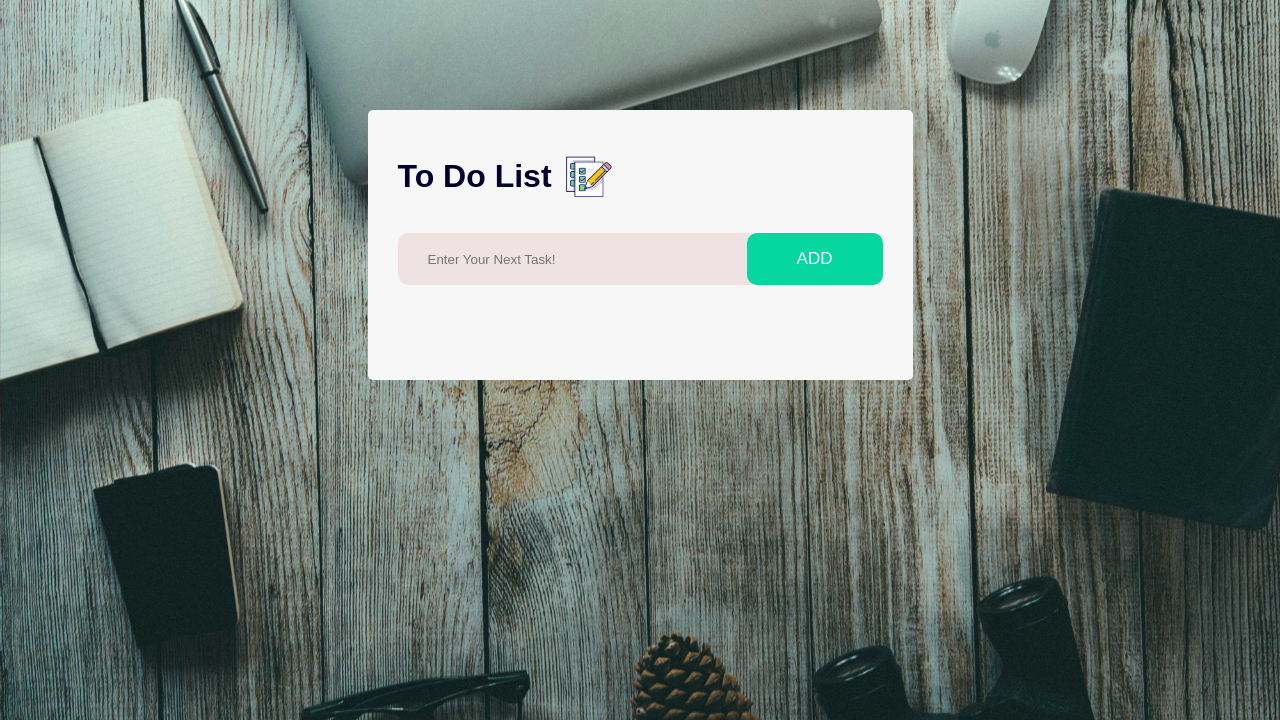
Repository: zeinawady/To_Do_List
Page: index.html
The author's editor kept a copy of each file at every save. The page is drawn from the files as they stood at one save, then again after a run of saves.
The browser window is 1280 px wide. The pictures show the whole page.

Above is the page before, as saved 2024-10-02 01:40:37.

### index.html
<!DOCTYPE html>
<html lang="en">

<head>
    <meta charset="UTF-8">
    <meta name="viewport" content="width=device-width, initial-scale=1.0">
    <title>To Do list</title>
    <link rel="stylesheet" href="css/style.css">
</head>

<body>
    <div class="container">
        <div class="todo-app">
            <h1>To Do List <img src="images/todolistpng.png" alt="to-do-list" class="logo"></h1>
           <h3 id="date"></h3>
            <div class="row">
                <input class="input-Text" type="text" id="input-box" placeholder="Enter Your Next Task!">
                <button class="input-btn" onclick="addTask()">ADD</button>
            </div>
            <ul id="list-container">
                <!-- <li class="checked">Task 0</li>
                <li>Task 1</li> -->
            </ul>
        </div>


    </div>
    <script src="script.js"></script>
</body>

</html>

### css/style.css
* {
    margin: 0;
    padding: 0;
    box-sizing: border-box;
    font-family: Arial, Helvetica, sans-serif;
}

:root {
    --font-color: rgb(1, 1, 49);
}

li {
    list-style: none;
}

.container {
    width: 100%;
    min-height: 100vh;
    background-image: url(../images/background3.jpg);
    background-position: center;
    background-size: cover;
    padding: 10px;
}

.todo-app {

    max-width: 545px;
    background-color: rgb(247, 247, 247);
    margin: 100px auto;
    padding: 40px 30px 70px;
    border-radius: 5px;
    transition: 0.5s;
}

.todo-app:hover {
    box-shadow: 4px 5px rgb(114, 114, 114);

}

.todo-app h1 {
    color: var(--font-color);
    display: flex;
    align-items: center;
    margin-bottom: 30px;

}

.logo {
    width: 53px;
    margin-left: 10px;
}

.row {
    display: flex;
    align-items: center;
    justify-content: space-between;
    background-color: #efe2e2;
    border-radius: 10px;
    padding-left: 20px;
    margin-bottom: 25px;
}

.input-Text {
    flex: 1;
    border: none;
    outline: none;
    background-color: transparent;
    padding: 10px;
    font-weight: 14px;
}

.input-btn {
    border: none;
    outline: none;
    padding: 16px 50px;
    background-color: #06d6a0;
    border-radius: 10px;
    color: rgb(255, 255, 255);
    font-size: 17px;
    transition: 0.3s;
}

.input-btn:hover {
    background-color: #05b183;
    cursor: pointer;
}

ul li {
    position: relative;
    font-size: 17px;
    padding: 12px 2px 12px 40px;
    user-select: none;
    cursor: pointer;
}

ul li::before {
    content: '';
    position: absolute;
    height: 28px;
    width: 28px;
    border-radius: 50%;
    background-image: url(../images/unchecked.png);
    background-size: cover;
    background-position: center;
    left: 1px;
    top: 8px;
}

ul li.checked {
    color: #555;
    text-decoration: line-through;

}

ul li.checked::before {
    color: #666;
    background-image: url(../images/checked.png);
}

ul li span {
    position: absolute;
    right: 0;
    top: 5px;
    width: 30px;
    height: 30px;
    font-size: 22px;
    color: #555;
    line-height: 30px;
    text-align: center;
    border-radius: 50%;
    /* border: solid; */
    transition: 0.2s;
}

ul li span:hover {
    background-color: #e8e6e6;
}

### script.js
let listContainer = document.getElementById("list-container");
let inputBox = document.getElementById("input-box");
let currentDate= document.getElementById("date");
function addTask() {
    if (inputBox.value === '') {
        alert("No Task Added!");
    }
    else {
        let li = document.createElement("li");
        li.innerHTML = inputBox.value;
        listContainer.appendChild(li);
        let xSign = document.createElement("span");
        xSign.innerHTML = '\u00d7';  // x sign code
        li.appendChild(xSign);
    }
    inputBox.value = "";  //so that input text become empty again
    saveTask();

}

inputBox.addEventListener("keydown", function (e) {
    if (e.key === "Enter") {
        e.preventDefault();
        addTask();
    }
});

listContainer.addEventListener("click", function (e) {
    //e is the event object contains info about event & target element that was clicked.
    if (e.target.tagName === "LI") {
        e.target.classList.toggle("checked");
        saveTask();
    }
    else if (e.target.tagName === "SPAN") {
        e.target.parentElement.remove();
        saveTask();

    }
})

function saveTask() {
    localStorage.setItem("Task", listContainer.innerHTML);
}
function showTask() {
    listContainer.innerHTML = localStorage.getItem("Task");
}
showTask();

function displayDate(){
    let date=new Date();
    date=date.toString().split(" ");
    currentDate=date[0]+ date[2]+'/'+ date[1] +'/'+ date[3];
    console.log();
}
window.onload=displayDate();

After the next 2 saves:
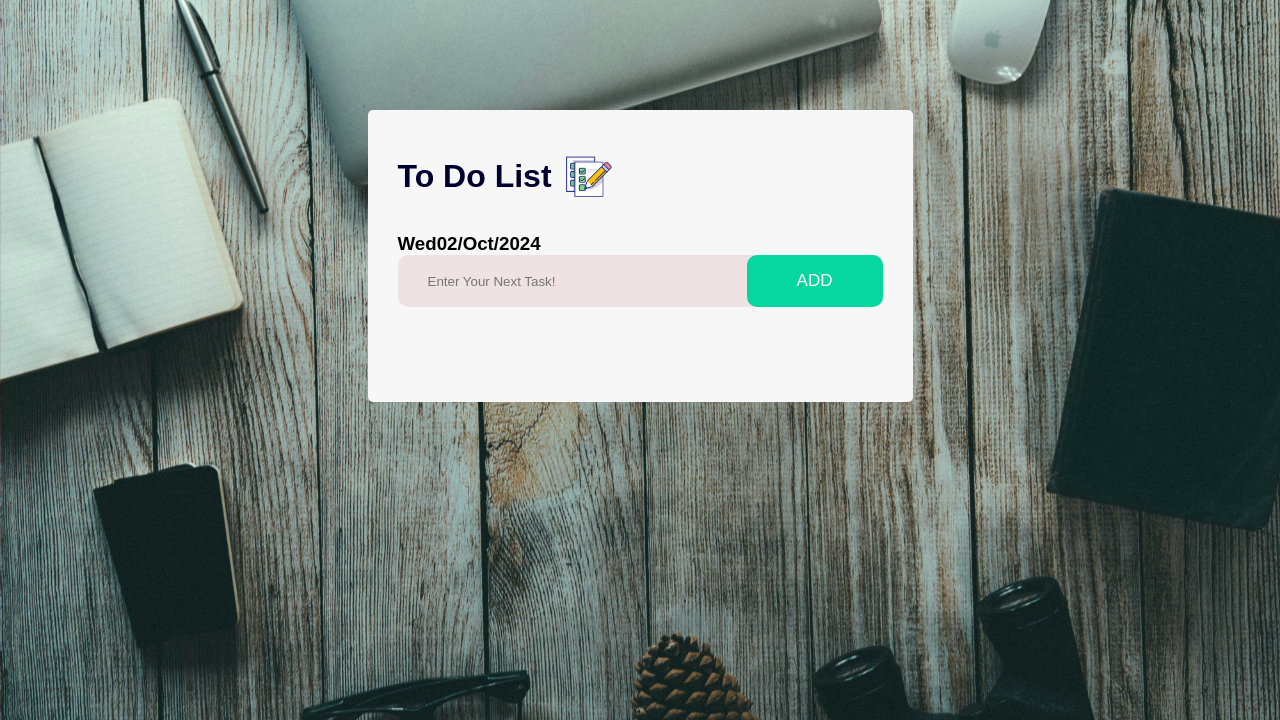
The 2 saves are shown as one change because they came seconds apart.
The last was saved 21 s later.
--- a/script.js
+++ b/script.js
@@ -49,7 +49,7 @@ showTask();
 function displayDate(){
     let date=new Date();
     date=date.toString().split(" ");
-    currentDate=date[0]+ date[2]+'/'+ date[1] +'/'+ date[3];
+    currentDate.innerHTML=date[0]+ date[2]+'/'+ date[1] +'/'+ date[3];
     console.log();
 }
 window.onload=displayDate();
